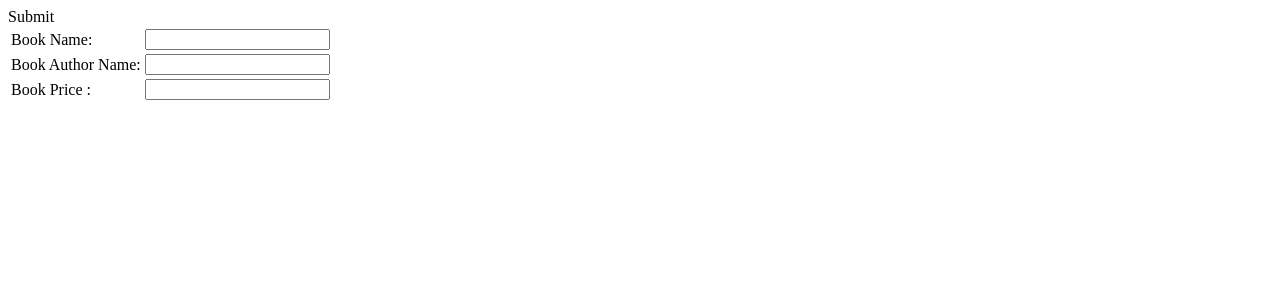
Repository: Ranjeetkumars/microservice-with-restful
Page: http://localhost/SB-MVC-FormApp/views/AddBook.jsp
An editor plug-in stored every save of this project. The page is shown before and after the next save, followed by the edit.
The browser window is 1280 px wide. The pictures show the whole page.
The page is served by Tomcat 9.

Above is the page before, as saved 2021-06-06 10:14:40.

After the next save:
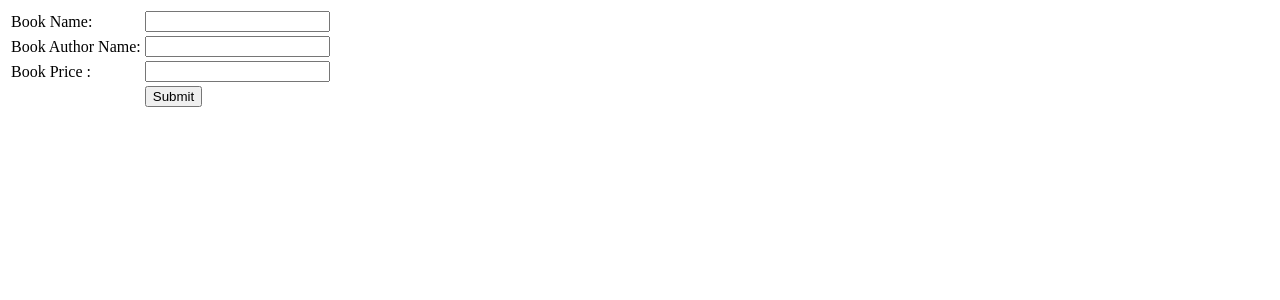
Saved 4 min 14 s later.
--- a/SB-MVC-FormApp/src/main/webapp/views/AddBook.jsp
+++ b/SB-MVC-FormApp/src/main/webapp/views/AddBook.jsp
@@ -24,7 +24,11 @@
 				<td>Book Price :</td>
 				<td><input type="text" name="bookPrice" /></td>
 			</tr>
-           <submit> Submit </submit>
+
+          <tr>
+				<td></td>
+				<td><input type="submit" value="Submit" /></td>
+			</tr>
 
 
 		</table>
